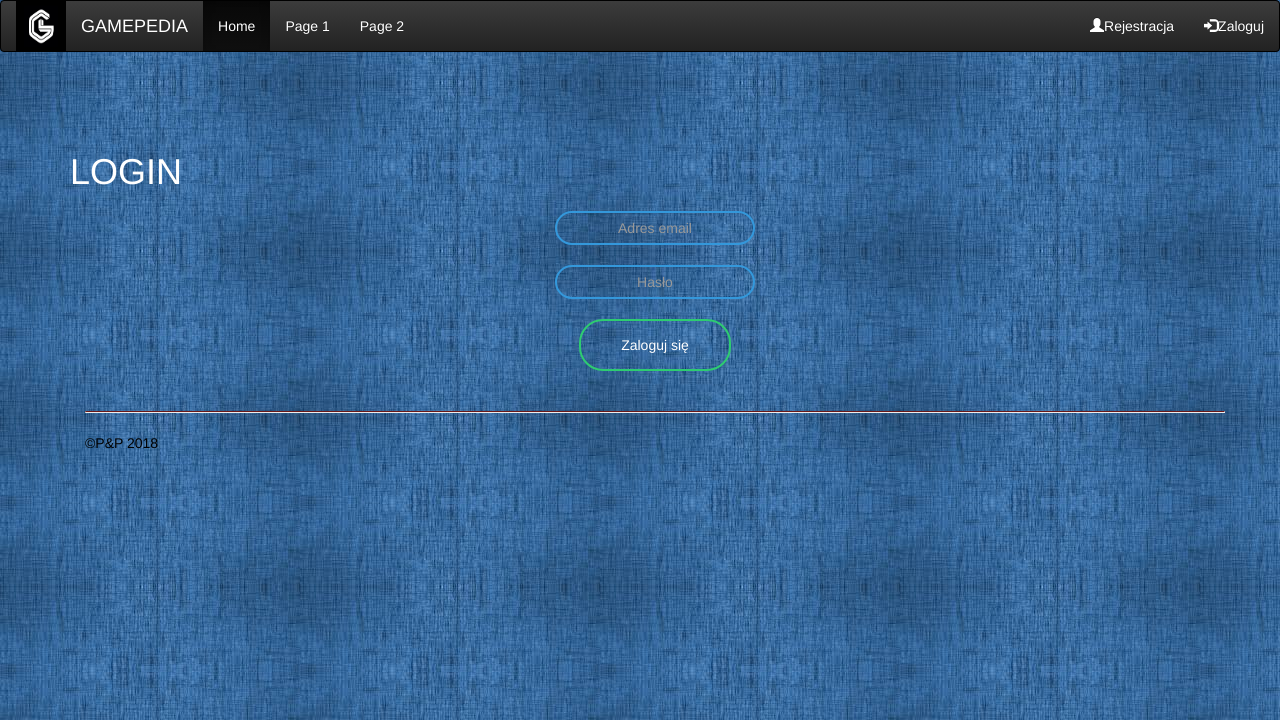
Repository: DaveDavMat/website
Page: http://localhost/logform.php
The author's editor kept a copy of each file at every save. The page is drawn from the files as they stood at one save, then again after the next save.
The browser window is 1280 px wide. The pictures show the whole page.
Some web libraries are served in a nearby version. The page is run by PHP 8.4 with error messages shown; the project is at /var/www/html/. Other server files are loaded and not shown.

Above is the page before, as saved 2018-11-27 18:55:18.

### logform.php
<?php
session_start();
require('nav.php');
?>
        <?php
        if(isset($_SESSION["success"])){
                if($_SESSION["success"] == true){
                        echo '
                        <div class="alert alert-success">
                          <strong>GRATULUJEMY!</strong> Konto zostało założone.
                        </div>
                        ';
                        session_unset("success");
                }else{
                        echo '<div class="alert alert-danger">
                          <strong>PRZYKRO NAM!</strong> Konto nie zostało założone.
                        </div>';
                        session_unset("success");
                }
        }
        if(isset($_SESSION["EmailError"])){
                if($_SESSION["EmailError"] == true){
                        echo '
                        <div class="alert alert-danger">
                          <strong>Przkyor nam!</strong> Konto już istnieje.
                        </div>
                        ';
                        session_unset("EmailError");
                }
        }

        ?>

<div class="container">


    <div class="container">
        <form method="POST" action="zaloguj.php" class="box" role="form">
                             <div>
                                 <h1>Login</h1>
                                  <input type="text" placeholder="Adres email" class="form-control" name="email">
                              </div>
                             <div class="form-group">
                                 <input type="password" placeholder="Hasło" class="form-control" name="password">
                             </div>
                             <input type="submit" class="btn" value="Zaloguj się">

                        </form>

    </div>

      <?php
        require('foot.php');
        ?>

### nav.php
<!doctype html>

<html class="no-js" lang="pl">
    <head>
        <meta charset="utf-8">
        <meta http-equiv="X-UA-Compatible" content="IE=edge,chrome=1">
        <title>GAMEINFO</title>
        <meta name="description" content="">
        <meta name="viewport" content="width=device-width, initial-scale=1">
        <link rel="apple-touch-icon" href="apple-touch-icon.png">
        <link rel="stylesheet" href="css/main.css">

        <link rel="stylesheet" href="css/bootstrap.css">

        <style>
            body {
                background-image: url("img/bck.jpg");
                padding-bottom: 20px;
            }
        </style>
        <link rel="stylesheet" href="css/bootstrap-theme.min.css">


        <script src="js/vendor/modernizr-2.8.3-respond-1.4.2.min.js"></script>

    </head>
    <body  overflow-y:"scroll;>

    <nav class="navbar navbar-inverse">
  <div class="container-fluid">
    <div class="navbar-header">
      <img src="img/logo.jpg" class="logo">
      <a class="navbar-brand" href="index.php">GAMEPEDIA</a>
    </div>
    <ul class="nav navbar-nav">
      <li class="active"><a href="index.php">Home</a></li>
      <li ><a href="#">Page 1</a></li>
      <li ><a href="#">Page 2</a></li>
    </ul>
       <?php
                if(isset($_SESSION['loginSuccess'])){
                        if($_SESSION['loginSuccess'] == true){

                                echo " <a href='logout.php' class='button1'>Wyloguj!</a>
                                <span style='color:red;' class='loggedin'>Witaj, ".$_SESSION["loginName"]."!</span>";


                        }else{ echo '<ul class="nav navbar-nav navbar-right">
      <li><a href="rejestracja.php"><span class="glyphicon glyphicon-user"></span>Rejestracja</a></li>
      <li><a href="logform.php"><span class="glyphicon glyphicon-log-in"></span>Zaloguj</a></li>
    </ul>';
                          }
                }else{
                  echo '<ul class="nav navbar-nav navbar-right">
      <li><a href="rejestracja.php"><span class="glyphicon glyphicon-user"></span>Rejestracja</a></li>
      <li><a href="logform.php"><span class="glyphicon glyphicon-log-in"></span>Zaloguj</a></li>
    </ul>';

                }
                ?>
  </div>
</nav>



        </div>

### foot.php
 <div class="container">
<footer>
            <hr>
        <p>&copy;P&P 2018</p>

</footer>
    </div> <!-- /container -->        <script src="//ajax.googleapis.com/ajax/libs/jquery/1.11.2/jquery.min.js"></script>
        <script>window.jQuery || document.write('<script src="js/vendor/jquery-1.11.2.min.js"><\/script>')</script>

        <script src="js/vendor/bootstrap.min.js"></script>

        <script src="js/main.js"></script>

</div>
    </body>
</html>

### css/main.css


/* ==========================================================================
   Author's custom styles
   ========================================================================== */


.box {
    margin-right: -15px;
    margin-left: -15px;
    margin-top: 7%;
}


html {
    overflow-y:scroll;
}

body { min-height:101%;
 }

#myCarousel{
    margin-top:4%;
}

.loggedin{
float:right;
}

a.button1{
padding:0.35em 1.2em;
border:0.1em solid #000000;
margin:0 0.3em 0.3em 0;
border-radius:0.12em;
box-sizing: border-box;
text-decoration:none;
font-family:'Roboto',sans-serif;
font-weight:300;
color:#000000;
background-color:#FFFFFF;
text-align:center;
transition: all 0.2s;
float:right;
margin-left:20px;
}
a.button1:hover{
color:#FFFFFF;
background-color:#000000;
}
@media all and (max-width:30em){
 a.button1{
display:block;
margin:0.4em auto;
}
}

.logo{
height:50px;
width:50px;
float:left;
margin-right:15px;

}

.navbar{
background-color: #000 !important;

}

.navbar-brand{
color:white;
}


box{
  width: 300px;
  padding: 40px;
  position: absolute;
  top: 50%;
  left: 50%;
  transform: translate(-50%,-50%);
  background: #191919;
  text-align: center;
}
.box h1{
  color: white;
  text-transform: uppercase;
  font-weight: 500;
}
.box input[type = "text"],.box input[type = "password"]{
  border:0;
  background: none;
  display: block;
  margin: 20px auto;
  text-align: center;
  border: 2px solid #3498db;
  padding: 14px 10px;
  width: 200px;
  outline: none;
  color: white;
  border-radius: 24px;
  transition: 0.25s;
}
.box input[type = "text"]:focus,.box input[type = "password"]:focus{
  width: 280px;
  border-color: #2ecc71;
}
.box input[type = "submit"]{
  border:0;
  background: none;
  display: block;
  margin: 20px auto;
  text-align: center;
  border: 2px solid #2ecc71;
  padding: 14px 40px;
  outline: none;
  color: white;
  border-radius: 24px;
  transition: 0.25s;
  cursor: pointer;
}
.box input[type = "submit"]:hover{
  background: #2ecc71;
}

Loaded but not shown: css/bootstrap.css (library); css/bootstrap-theme.min.css (library)

After the next save:
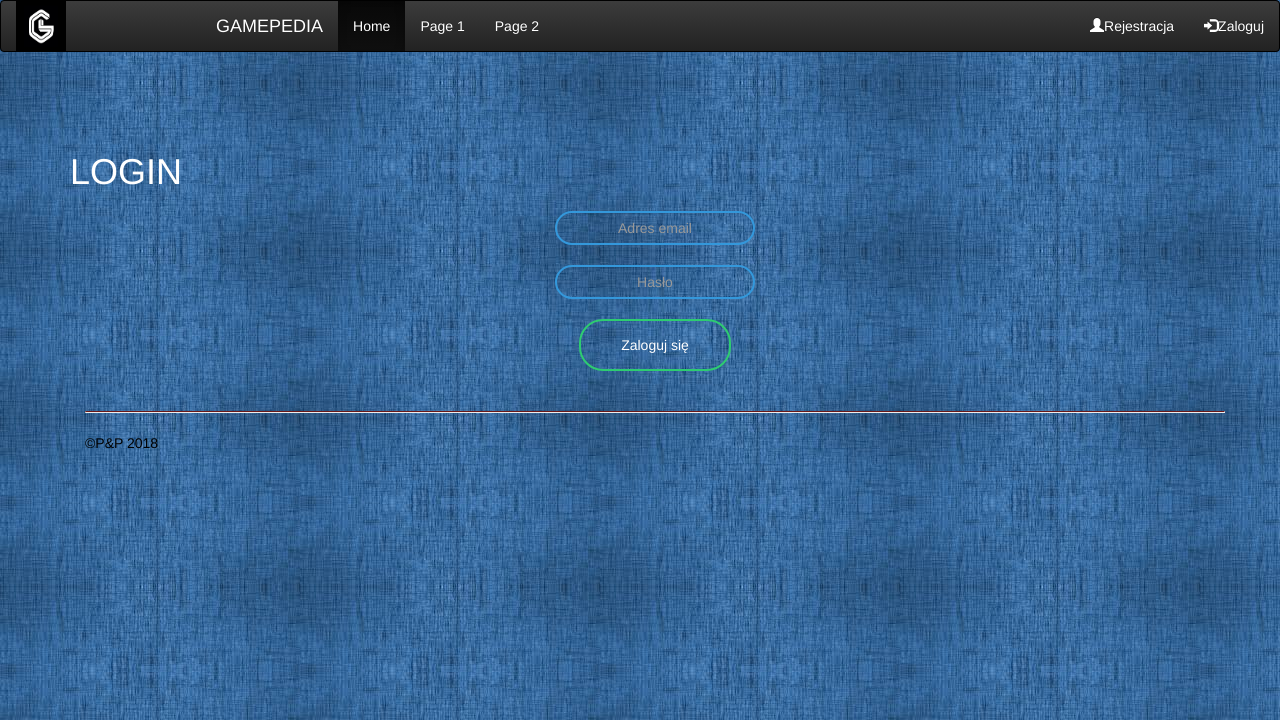
Saved 11 min 6 s later.
--- a/css/main.css
+++ b/css/main.css
@@ -58,7 +58,7 @@
 height:50px;
 width:50px;
 float:left;
-margin-right:15px;
+margin-right:150px;
 
 }
 

After the save that followed:
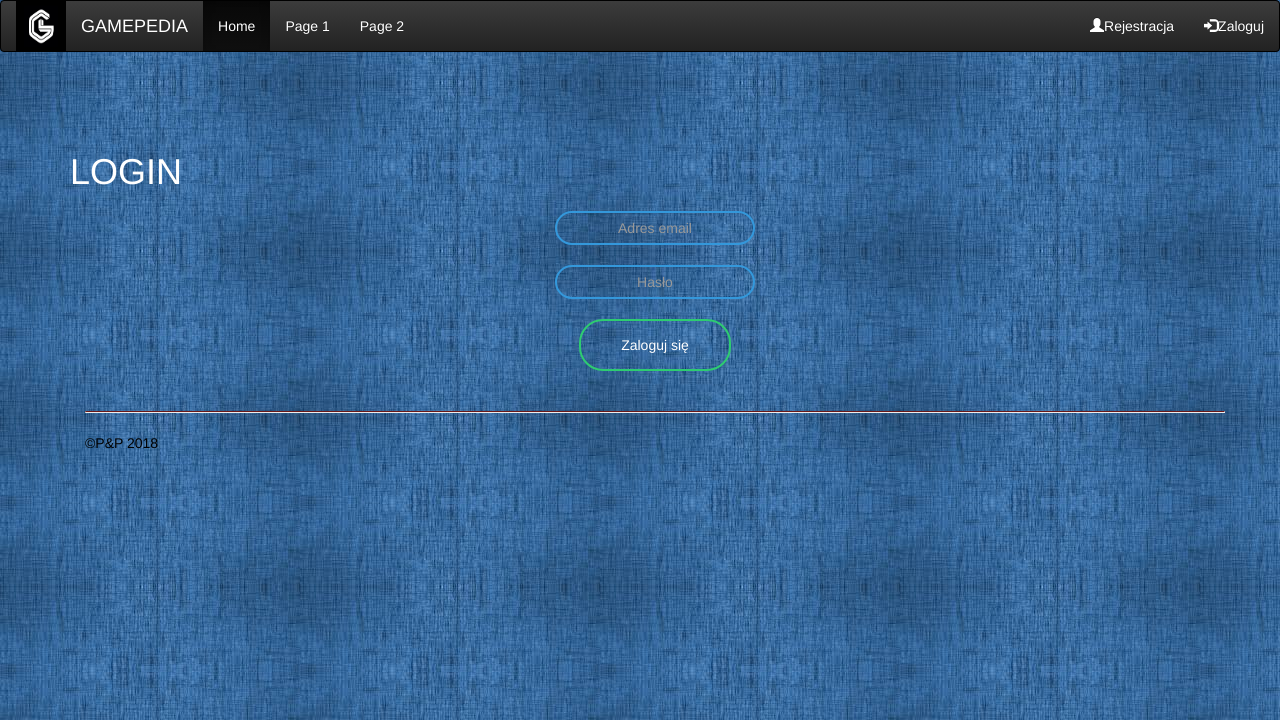
Saved 14 s later.
--- a/css/main.css
+++ b/css/main.css
@@ -58,7 +58,7 @@
 height:50px;
 width:50px;
 float:left;
-margin-right:150px;
+margin-right:15px;
 
 }
 
